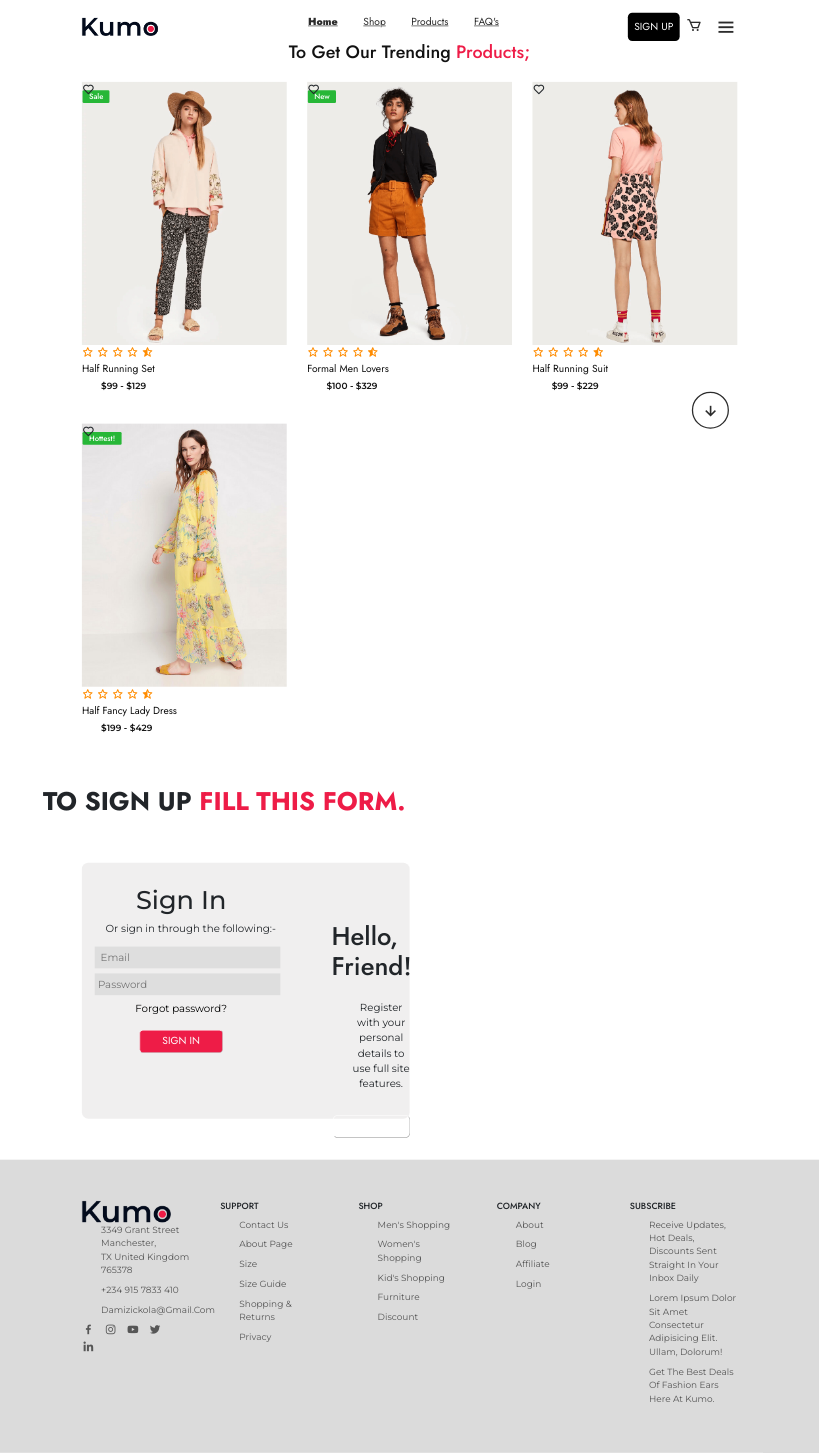
Repository: isaacCodes1/Kumo-Website.
Page: form.html
An editor plug-in stored every save of this project. The page is shown before and after the next save, followed by the edit.
The browser window is 1280 px wide. The pictures show the whole page, at 64% of full size.

Above is the page before, as saved 2024-03-26 11:31:31.

### form.html
<!DOCTYPE html>
<html lang="en">
  <head>
    <meta charset="UTF-8" />
    <meta name="viewport" content="width=device-width, initial-scale=1.0" />
    <link rel="stylesheet" href="style.css" />
    <link rel="stylesheet" href="Mediaquery.css" />
    <link rel="preconnect" href="https://fonts.googleapis.com" />
    <link rel="preconnect" href="https://fonts.gstatic.com" crossorigin />
    <link
      href="https://fonts.googleapis.com/css2?family=Bricolage+Grotesque:opsz,wght@12..96,200..800&family=Jost:ital,wght@0,100..900;1,100..900&family=Montserrat:ital,wght@0,100..900;1,100..900&family=Poppins:ital,wght@0,100;0,200;0,300;0,400;0,500;0,600;0,700;0,800;0,900;1,100;1,200;1,300;1,400;1,500;1,600;1,700;1,800;1,900&display=swap"
      rel="stylesheet"
    />
    <link
      rel="stylesheet"
      href="https://cdnjs.cloudflare.com/ajax/libs/font-awesome/6.5.1/css/all.min.css"
      integrity="sha512-DTOQO9RWCH3ppGqcWaEA1BIZOC6xxalwEsw9c2QQeAIftl+Vegovlnee1c9QX4TctnWMn13TZye+giMm8e2LwA=="
      crossorigin="anonymous"
      referrerpolicy="no-referrer"
    />
    <link
      rel="stylesheet"
      href="https://unpkg.com/boxicons@latest/css/boxicons.min.css"
    />
    <link
      href="https://cdn.jsdelivr.net/npm/bootstrap@5.2.3/dist/css/bootstrap.min.css"
      rel="stylesheet"
      integrity="sha384-rbsA2VBKQhggwzxH7pPCaAqO46MgnOM80zW1RWuH61DGLwZJEdK2Kadq2F9CUG65"
      crossorigin="anonymous"
    />
    <script
      src="https://cdn.jsdelivr.net/npm/bootstrap@5.2.3/dist/js/bootstrap.bundle.min.js"
      integrity="sha384-kenU1KFdBIe4zVF0s0G1M5b4hcpxyD9F7jL+jjXkk+Q2h455rYXK/7HAuoJl+0I4"
      crossorigin="anonymous"
    ></script>
    <title>Document</title>
  </head>
  <body>
    <header>
      <a href="index.html" class="logo"><img src="Assets/logo.png" alt="" /></a>
      <ul class="navmenu">
        <li><a style="font-weight: 900" href="index.html">Home</a></li>
        <li><a href="shop.html">Shop</a></li>
        <li><a href="products.html">Products</a></li>
        <li><a href="Questions.html">FAQ's</a></li>
      </ul>
      <div class="nav-icon">
        <a href="form.html" class="yes">SIGN UP</a>
        <a href="#"><i class="bx bx-cart"></i></a>
        <div class="bx bx-menu" id="menu-icon"></div>
      </div>
    </header>
    <!-- <trending-products-section-->
    <section class="trending-product" id="trending">
      <div class="center-text">
        <h2>To Get Our Trending <span>Products;</span></h2>
      </div>
      <div class="products">
        <div class="row">
          <img src="/Assets/1.jpg" alt="" />
          <div class="product-text">
            <h5>Sale</h5>
          </div>
          <div class="heart-icon">
            <i class="bx bx-heart"></i>
          </div>
          <div class="ratting">
            <i class="bx bx-star"></i>
            <i class="bx bx-star"></i>
            <i class="bx bx-star"></i>
            <i class="bx bx-star"></i>
            <i class="bx bxs-star-half"></i>
          </div>
          <div class="price">
            <h4>Half Running Set</h4>
            <p>$99 - $129</p>
          </div>
        </div>

        <div class="row">
          <img src="/Assets/2.jpg" alt="" />
          <div class="product-text">
            <h5>New</h5>
          </div>
          <div class="heart-icon">
            <i class="bx bx-heart"></i>
          </div>
          <div class="ratting">
            <i class="bx bx-star"></i>
            <i class="bx bx-star"></i>
            <i class="bx bx-star"></i>
            <i class="bx bx-star"></i>
            <i class="bx bxs-star-half"></i>
          </div>
          <div class="price">
            <h4>Formal Men Lovers</h4>
            <p>$100 - $329</p>
          </div>
        </div>
        <div class="row">
          <img src="/Assets/3.jpg" alt="" />
          <div class="heart-icon">
            <i class="bx bx-heart"></i>
          </div>
          <div class="ratting">
            <i class="bx bx-star"></i>
            <i class="bx bx-star"></i>
            <i class="bx bx-star"></i>
            <i class="bx bx-star"></i>
            <i class="bx bxs-star-half"></i>
          </div>
          <div class="price">
            <h4>Half Running Suit</h4>
            <p>$99 - $229</p>
          </div>
        </div>
        <div class="row">
          <img src="/Assets/4.jpg" alt="" />
          <div class="product-text">
            <h5>Hottest!</h5>
          </div>
          <div class="heart-icon">
            <i class="bx bx-heart"></i>
          </div>
          <div class="ratting">
            <i class="bx bx-star"></i>
            <i class="bx bx-star"></i>
            <i class="bx bx-star"></i>
            <i class="bx bx-star"></i>
            <i class="bx bxs-star-half"></i>
          </div>
          <div class="price">
            <h4>Half Fancy Lady Dress</h4>
            <p>$199 - $429</p>
          </div>
        </div>
      </div>
      <div class="down-arrow">
        <a href="#contact-info" class="down"
          ><i class="bx bx-down-arrow-alt"></i
        ></a>
      </div>
    </section>
    <h1 class="final">TO SIGN UP <span> FILL THIS FORM.</span></h1>
    <section class="section1">
      <div class="formContainer">
        <form class="form">
          <h1 class="pro3">Sign In</h1>
          <p>Or sign in through the following:-</p>
          <div>
            <input class="proi" type="email" placeholder=" Email" />
          </div>
          <div>
            <input class="proh" type="password" placeholder="Password" />
          </div>
          <a class="forget" href="#">Forgot password?</a>
          <button class="sign">SIGN IN</button>
        </form>
        <div class="contentText">
          <h1 class="hello">Hello, Friend!</h1>
          <p>
            Register with your personal details to use full site features.
          </p>
          <button class="pro2">SIGN UP</button>
        </div>
      </div>
    </section>

    <!-- contact-section -->

    <section class="contact">
      <div class="contact-info" id="contact-info">
        <div class="first-info">
          <img src="/Assets/logo.png" alt="" />
          <p>3349 Grant street Manchester, <br />TX United kingdom 765378</p>
          <p>+234 915 7833 410</p>
          <a href="https://mail.google.com/mail/u/0/#inbox"
            ><p>damizickola@gmail.com</p></a
          >

          <div class="social-icon">
            <a href="https://www.facebook.com/profile.php?id=61551880766580"
              ><i class="bx bxl-facebook"></i
            ></a>
            <a href="https://instagram.com"><i class="bx bxl-instagram"></i></a>
            <a href="https://www.youtube.com/watch?v=FaNTVjATYHQ"
              ><i class="bx bxl-youtube"></i
            ></a>
            <a href="#"><i class="bx bxl-twitter"></i></a>
            <a href="#"><i class="bx bxl-linkedin"></i></a>
          </div>
        </div>
        <div class="second-info">
          <h4>Support</h4>
          <p>Contact Us</p>
          <p>About Page</p>
          <p>Size</p>
          <p>Size Guide</p>
          <p>Shopping & Returns</p>
          <p>Privacy</p>
        </div>

        <div class="third-info">
          <h4>Shop</h4>
          <p>Men's Shopping</p>
          <p>Women's Shopping</p>
          <p>Kid's Shopping</p>
          <p>Furniture</p>
          <p>Discount</p>
        </div>
        <div class="fourth-info">
          <h4>Company</h4>
          <p>About</p>
          <p>Blog</p>
          <p>Affiliate</p>
          <p>Login</p>
        </div>

        <div class="five">
          <h4>Subscribe</h4>
          <p>
            Receive Updates, Hot Deals, Discounts Sent Straight In your Inbox
            Daily
          </p>
          <p>
            Lorem ipsum dolor sit amet consectetur adipisicing elit. Ullam,
            dolorum!
          </p>
          <p>Get The Best Deals Of Fashion ears Here At Kumo.</p>
        </div>
      </div>
    </section>
  </body>
  <script
    src="https://cdn.jsdelivr.net/npm/@popperjs/core@2.11.6/dist/umd/popper.min.js"
    integrity="sha384-oBqDVmMz9ATKxIep9tiCxS/Z9fNfEXiDAYTujMAeBAsjFuCZSmKbSSUnQlmh/jp3"
    crossorigin="anonymous"
  ></script>
  <script
    src="https://cdn.jsdelivr.net/npm/bootstrap@5.2.3/dist/js/bootstrap.min.js"
    integrity="sha384-cuYeSxntonz0PPNlHhBs68uyIAVpIIOZZ5JqeqvYYIcEL727kskC66kF92t6Xl2V"
    crossorigin="anonymous"
  ></script>
  <script src="java.js"></script>
</html>

### style.css
* {
  margin: 0;
  padding: 0;
  box-sizing: border-box;
  scroll-behavior: smooth;
  font-family: "Jost", sans-serif;
  list-style-type: none;
  text-decoration: none;
}
header {
  position: fixed;
  width: 100%;
  top: 0;
  right: 0;
  z-index: 1000;
  display: flex;
  align-items: center;
  justify-content: space-between;
  padding: 20px 10%;
}
.logo img {
  max-width: 120px;
  height: auto;
}
.navmenu {
  display: flex;
}
.navmenu li :hover {
  background: #000;
}
.navmenu a {
  color: #2c2c2c;
  font-size: 16px;
  text-transform: capitalize;
  padding: 10px 20px;
  font-weight: 400;
  transition: all 0.42s ease;
}
.navmenu a:hover {
  color: #ee1c47;
}
.nav-icon {
  display: flex;
  align-items: center;
}
.nav-icon i {
  margin-right: 20px;
  color: #2c2c2c;
  font-size: 25px;
  font-weight: 400;
  transition: all 0.42s ease;
}
.nav-icon i:hover {
  transform: scale(1.05);
  color: #ee1c47;
}
#menu-icon {
  font-size: 35px;
  color: #2c2c2c;
  z-index: 10001;
  cursor: pointer;
}
section {
  padding: 5% 10%;
}
.main-home {
  width: 100%;
  height: 100vh;
  background-image: url(Assets/banner-3.png);
  background-position: center;
  background-size: cover;
  display: grid;
  grid-template-columns: repeat(1, 1fr);
  align-items: center;
}
.main-text h5 {
  color: #ee1c47;
  font-size: 16px;

  text-transform: capitalize;
  font-weight: 500;
}
.main-text h1 {
  color: #000;
  font-size: 65px;
  text-transform: capitalize;
  line-height: 1.1;
  font-weight: 600;
  margin: 6px 0 10px;
}
.main-text p {
  color: #333c56;
  font-size: 20px;
  font-style: italic;
  margin-bottom: 20px;
}
.main-btn {
  display: inline-block;
  color: #111;
  font-size: 16px;
  font-weight: 500;
  text-transform: capitalize;
  border: 2px solid#111;
  padding: 12px 25px;
  transition: all 0.42s ease;
}
.main-btn:hover {
  background: #000;
  color: #fff;
}
.main-btn i {
  vertical-align: middle;
}
.down-arrow {
  position: absolute;
  top: 85%;
  right: 11%;
}
.down i {
  font-size: 30px;
  color: #2c2c2c;
  border: 2px solid #2c2c2c;
  border-radius: 50px;
  padding: 12px 12px;
}
.down i:hover {
  background: #2c2c2c;
  color: #fff;
  transition: all 0.42s ease;
}
header.sticky {
  background: #fff;
  padding: 20px 10%;
  box-shadow: 0px 0px 10px rgb(0 0 0 /10%);
}
/* trending-section-css */
.center-text h2 {
  color: #111;
  font-size: 28px;
  text-transform: capitalize;
  text-align: center;
  margin-bottom: 30px;
}
.center-text span {
  color: #ee1c47;
}
.products {
  display: grid;
  grid-template-columns: repeat(auto-fit, minmax(260px, auto));
  gap: 2rem;
}
.row {
  position: relative;
  transition: all 0.4s;
}
.row img {
  width: 100%;
  height: auto;
  transition: all 0.4s;
}
.row img:hover {
  transform: scale(0.9);
}
.product-text h5 {
  position: absolute;
  top: 13px;
  left: 13px;
  color: #fff;
  font-size: 12px;
  font-weight: 500;
  text-transform: capitalize;
  background: #27b737;
  padding: 3px 10px;
  border-radius: 2px;
}
.heart-icon {
  position: absolute;
  right: 0;
  font-size: 20px;
}
.heart-icon:hover {
  color: #ee1c47;
}
.ratting {
  color: #ff8c00;
  font-size: 18px;
}

.price h4 {
  color: #111;
  font-size: 16px;
  text-transform: capitalize;
  font-weight: 400;
}
.price p {
  color: #151515;
  font-size: 14px;
  font-weight: 600;
}
.client-reviews {
  background: #f3f4f6;
}
.reviews {
  text-align: center;
}
.reviews h3 {
  color: #111;
  font-size: 25px;
  text-transform: capitalize;
  text-align: center;
  font-weight: 700;
}
.reviews img {
  width: 100px;
  height: auto;
  border-radius: 80px;
  margin: 10px 0;
}
.reviews p {
  color: #707070;
  font-size: 16px;
  font-weight: 400;
  line-height: 25px;
  margin-bottom: 10px;
}
.reviews h2 {
  font-size: 22px;
  color: #000;
  font-weight: 400;
  text-transform: capitalize;
  margin-bottom: 2px;
}
/* update-section-css */
.up-center-text h2 {
  text-align: center;
  color: #111;
  font-size: 25px;
  text-transform: capitalize;
  font-weight: 700;
  margin-bottom: 30px;
}
.cart img {
  width: 350px;
  height: auto;
  border-radius: 5px;
}
.update-cart {
  display: grid;
  grid-template-columns: repeat(auto-fit, minmax(380px, auto));
  gap: 1px;
}
.cart h5 {
  color: #636872;
  font-size: 14px;
  text-transform: capitalize;
  font-weight: 500;
}
.cart h4 {
  color: #111;
  font-size: 18px;
  font-weight: 600;
}
.cart p {
  color: #707070;
  font-size: 15px;
  max-width: 380px;
  line-height: 25px;
  margin-bottom: 12px;
}
.cart h6 {
  color: #151515;
  font-size: 14px;
  font-weight: 500;
}
/* contact-section */
.contact {
  background: #dbdbdb;
}
.contact-info {
  display: grid;
  grid-template-columns: repeat(auto-fit, minmax(160px, auto));
  gap: 3rem;
}
.first-info img {
  width: 140px;
  height: auto;
}
.contact-info h4 {
  color: #212529;
  font-size: 14px;
  text-transform: uppercase;
  margin-bottom: 10px;
}
.contact-info p {
  color: #565656;
  font-size: 14px;
  font-weight: 400;
  text-transform: capitalize;
  line-height: 1.5;
  margin-bottom: 10px;
  cursor: pointer;
  transition: all 0.42s;
}
.contact-info p:hover {
  color: #ee1c47;
}
.social-icon i {
  color: #565656;
  margin-right: 10px;
  font-size: 20px;
  transition: all 0.42s;
}
.social-icon i:hover {
  transform: scale(1.3);
}
.end-text {
  text-align: center;
  background: #edfff1;
  padding: 20px;
}
.end-text p {
  color: #111;
  text-transform: capitalize;
}

.location {
  width: 80%;
  margin: auto;
  padding: 80px 0;
}
.location iframe {
  width: 100%;
}
.center-text1 h2 {
  font-size: 30px;
}
.center-text1 span {
  color: #ee1c47;
}
.button3 {
  padding: 9px;
  border: 1px solid blue;
  font-size: 18px;
  border-radius: 5px;
  text-decoration: none;
  background: blue;
  color: #fff;
  transition: all 0.42s ease;
}
.button3:hover {
  color: #000;
  background: #fff;
}
.final {
  margin-left: 67px;
  font-weight: 700;
}
.final span {
  color: #ee1c47;
}
.up-arrow {
  border: 2px solid#000;
  width: 60px;
  border-radius: 50px;
  text-align: center;
  font-size: 30px;
}
.up-arrow i {
  color: #000;
}
.up-arrow :hover {
  background: #000;
  color: #fff;
}

.alert {
  background: blue;
  color: #fff;
  margin-top: 200px;
  font-size: 20px;
  margin-bottom: 150px;
}
.first-info a {
  text-decoration: none;
}
.up-center-text span {
  color: #ee1c47;
}
html,
body {
  position: relative;
  height: 100%;
}
body {
  background: #eee;
  font-family: Helvetica Neue, Helvetica, Arial, sans-serif;
  font-size: 14px;
  color: #000;
  margin: 0;
  padding: 0;
}

swiper-container {
  width: 100%;
  height: 100%;
}

swiper-slide {
  text-align: center;
  font-size: 18px;
  background: #000;
  display: flex;
  justify-content: center;
  align-items: center;
}

swiper-slide img {
  display: block;
  width: 100%;
  height: 100%;
  object-fit: cover;
}
.reviews {
  font-size: 25px;
  font-weight: 900;
}
.reviews span {
  color: #ee1c47;
}
.accordion {
  margin-top: 40px;
  margin-bottom: 10px;
}
.male {
  padding-top: 200px;
}
.male span {
  color: #ee1c47;
}
.yes {
  margin-right: 10px;
  padding: 10px;
  background: #000;
  color: #fff;
  border: 1px;
  transition: 1s ease-in-out;
  border-radius: 7px;
  text-decoration: none;
}
.yes:hover {
  color: #000;
  background: #dbdbdb;
}
.formContainer {
  display: flex;
  width: 50%;
  border: 0px solid;
  border-radius: 10px;
  background-color: rgba(232, 231, 231, 0.644);
  height: 400px;
  padding-right: 200px;
}
.form {
  display: flex;
  flex-direction: column;
  align-items: center;
  flex: 0.5;
}
.contentText {
  display: flex;
  flex-direction: column;
  align-items: center;
  flex: 1;
  gap: 20px;
  background-color:#ee1c47
  color: white;
  border-radius: 130px 15px 15px 70px;
  font-family: montserrat;
  padding-left: 80px;
  padding-right: 150px;
  padding-top: 90px;
}
.pro1 {
  margin-right: 32px;
  font-family: montserrat;
}
p {
  font-family: montserrat;
  margin-bottom: 15px;
  margin-left: 30px;

  display: flex;
  flex-direction: column;
}
.proi {
  padding: 5px;
  background-color: #dedede;
  color: black;
  border: 1px;
  font-family: montserrat;
  margin-bottom: 8px;
  width: 290px;
  margin-left: 20px;
}
.proh {
  padding: 5px;
  background-color: #dedede;
  color: black;
  border: 1px;
  font-family: montserrat;
  width: 290px;
  margin-left: 20px;
  margin-bottom: 10px;
}
.pro7 {
  font-family: montserrat;
}
.pro2 {
  background: transparent;
  border-width: 1.5px;
  border-radius: 8px;
  border-color: white;
  color: #fff;
  padding: 5px 25px 5px 25px;
  transition: 0.19s;
}
.pro2:hover {
  transition: 0.15s;
  background-color: #dedede;
  color: #000;
  cursor: pointer;
}

.pro3 {
  font-family: montserrat;
  padding-top: 35px;
}
.forget {
  text-decoration: none;
  color: black;
  font-family: montserrat;
  margin-bottom: 5px;
}
.sign {
  background-color: #ee1c47;
  border-width: 1px;
  border-radius: 5px;
  border-color: white;
  color: white;
  padding: 5px 35px 5px 35px;
  margin-top: 15px;
  transition: 0.19s;
  cursor: pointer;
}
.sign:hover {
  color: #000;
  background-color: #dedede;
}
.contentText .hello {
  font-size: 40px;
  display: flex;
  align-items: center;
  justify-content: center;
  flex-direction: column;
}
.contentText p {
  text-align: center;
}

### Mediaquery.css
@media (890px) {
  header {
    padding: 20px 3%;
    transition: 0.4s;
  }
  .center-text h2 {
    font-size: 12px;
  }
}
@media (max-width: 630px) {
  .main-text h1 {
    font-size: 50px;
    transition: 0.4s;
  }
  .main-text p {
    font-size: 18px;
    transition: 0.4s;
  }
  .main-btn {
    padding: 10px 20px;
    transition: 0.4s;
  }
  .center-text h2 {
    font-size: 12px;
  }
}
@media (max-width: 750px) {
  .navmenu {
    position: absolute;
    top: 100%;
    right: -100%;
    width: 300px;
    height: 130vh;
    background: #edfff1;
    display: flex;
    flex-direction: column;
    align-items: center;
    padding: 120px 30px;
    transition: all 0.42s;
  }
  .navmenu a {
    display: block;
    margin: 18px 0;
  }
  .navmenu.open {
    right: 0;
  }
  .center-text h2 {
    font-size: 12px;
  }
}
@media (max-width: 700px) {
  .center-text h2 {
    font-size: 0;
  }
  .header {
    margin-bottom: 20px;
    color: #000;
  }
  .cart {
    align-items: center;
    display: flex;
    flex-direction: column;
  }
  .cart img {
    width: 270px;
    margin-right: 80px;
  }
  .cart p {
    font-size: 10px;
    margin-right: 80px;
  }
  .cart h4 {
    font-size: 12px;
    margin-right: 80px;
  }
  .cart h6 {
    font-size: 10px;
    margin-right: 80px;
  }
  .contact-info {
    display: flex;
    flex-direction: column;
    align-items: center;
  }
  .center-text1 h2 {
    font-size: 25px;
  }
  .navmenu {
    padding-bottom: 30px;
  }
}

### java.js
const header = document.querySelector("header");

window.addEventListener("scroll", function () {
  header.classList.toggle("sticky", window.scrollY > 0);
});

let menu = document.querySelector("#menu-icon");
let navmenu = document.querySelector(".navmenu");

menu.onclick = () => {
  menu.classList.toggle("bx-x");
  navmenu.classList.toggle("open");
};

After the next save:
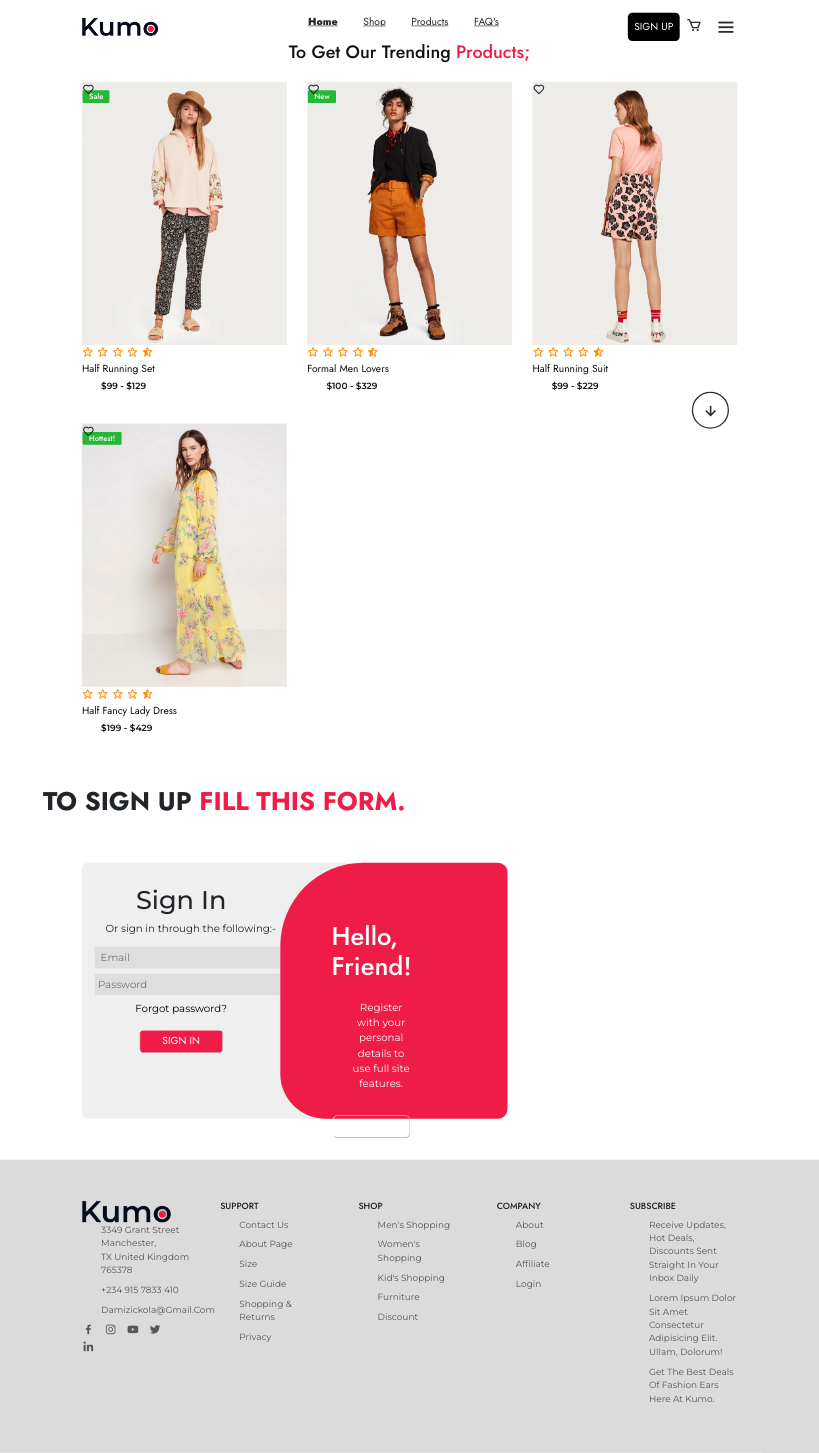
Saved 5 s later.
--- a/style.css
+++ b/style.css
@@ -472,7 +472,7 @@ swiper-slide img {
   align-items: center;
   flex: 1;
   gap: 20px;
-  background-color:#ee1c47
+  background-color: #ee1c47;
   color: white;
   border-radius: 130px 15px 15px 70px;
   font-family: montserrat;
